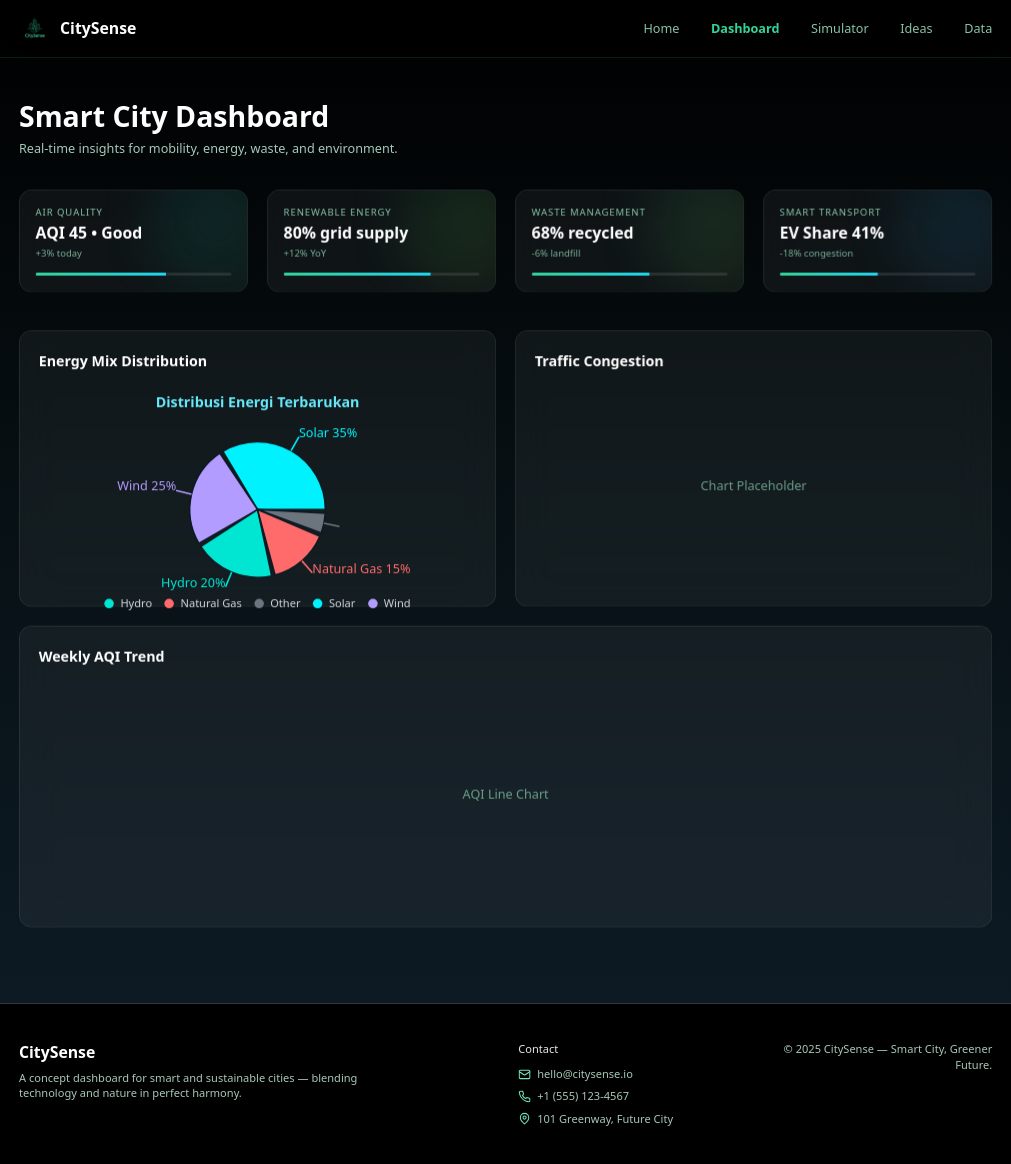
Repository: crashyet/CitySense
Page: /dashboard
These files come from the project's save history. The page is drawn as it stood at one moment and after the next save; the edit follows.
The browser window is 1280 px wide. The pictures show the whole page, at 79% of full size.
The project was rebuilt for these pictures with package versions that can differ from the ones it lists, and the page was loaded fresh each time. Also part of the build but not shown: vite.config.js, src/pages/landing/Hero.jsx, src/pages/landing/DashboardPreview.jsx, src/pages/landing/Infographic.jsx, src/pages/landing/Community.jsx, src/pages/landing/index.jsx, src/pages/Simulator/index.jsx, src/pages/Ideas/index.jsx and 1 more.

Above is the page before, as saved 2025-11-16 23:31:51.

### src/App.jsx
import { Routes, Route } from "react-router-dom";

import Landing from "./pages/landing";
import Dashboard from "./pages/Dashboardpack";
import Simulator from "./pages/Simulator";
import Ideas from "./pages/Ideas";
import DataPage from "./pages/Data";

export default function App() {
  return (
    <Routes>
      <Route path="/" element={<Landing />} />
      <Route path="/dashboard" element={<Dashboard />} />
      <Route path="/simulator" element={<Simulator />} />
      <Route path="/ideas" element={<Ideas />} />
      <Route path="/data" element={<DataPage />} />
    </Routes>
  );
}

### src/pages/Dashboardpack/index.jsx
import Navbar from "../../components/Navbar";
import Footer from "../../components/Footer";
import EnergyPieChart from "../../components/EnergyPieChart";

export default function Dashboardpack() {
  return (
    <>
      <Navbar />

      <div className="relative w-full bg-gradient-to-b from-black via-[#071014] to-[#0d1a24] text-white pb-24 pt-32">
        <div className="mx-auto max-w-7xl px-6">

          {/* Header */}
          <div className="mb-10">
            <h1 className="text-3xl md:text-4xl font-semibold">Smart City Dashboard</h1>
            <p className="text-emerald-100/80 mt-2">
              Real-time insights for mobility, energy, waste, and environment.
            </p>
          </div>

          {/* Top Stats */}
          <div className="grid grid-cols-1 md:grid-cols-2 lg:grid-cols-4 gap-6 mb-12">

            {/* CARD 1 */}
            <div className="group relative overflow-hidden rounded-2xl border border-white/10 bg-white/5 p-5 backdrop-blur-xl transition hover:border-emerald-300/40">
              <div className="absolute -right-10 -top-10 h-40 w-40 rounded-full bg-gradient-to-br
              from-cyan-500/30 to-emerald-500/30 opacity-40 blur-2xl" />

              <div className="relative">
                <p className="text-xs uppercase tracking-widest text-emerald-200/80">Air Quality</p>
                <p className="mt-1 text-xl font-semibold">AQI 45 • Good</p>
                <p className="text-xs text-emerald-200/70 mt-1">+3% today</p>
                <div className="mt-4 h-1 w-full bg-white/10 rounded-full overflow-hidden">
                  <div className="h-full w-2/3 bg-gradient-to-r from-emerald-400 to-cyan-400"></div>
                </div>
              </div>
            </div>

            {/* CARD 2 */}
            <div className="group relative overflow-hidden rounded-2xl border border-white/10 bg-white/5 p-5 backdrop-blur-xl transition hover:border-emerald-300/40">
              <div className="absolute -right-10 -top-10 h-40 w-40 rounded-full bg-gradient-to-br
              from-emerald-500/30 to-lime-400/30 opacity-40 blur-2xl" />

              <div className="relative">
                <p className="text-xs uppercase tracking-widest text-emerald-200/80">Renewable Energy</p>
                <p className="mt-1 text-xl font-semibold">80% grid supply</p>
                <p className="text-xs text-emerald-200/70 mt-1">+12% YoY</p>
                <div className="mt-4 h-1 w-full bg-white/10 rounded-full overflow-hidden">
                  <div className="h-full w-3/4 bg-gradient-to-r from-emerald-400 to-cyan-400"></div>
                </div>
              </div>
            </div>

            {/* CARD 3 */}
            <div className="group relative overflow-hidden rounded-2xl border border-white/10 bg-white/5 p-5 backdrop-blur-xl transition hover:border-emerald-300/40">
              <div className="absolute -right-10 -top-10 h-40 w-40 rounded-full bg-gradient-to-br
              from-teal-400/30 to-lime-400/30 opacity-40 blur-2xl" />

              <div className="relative">
                <p className="text-xs uppercase tracking-widest text-emerald-200/80">Waste Management</p>
                <p className="mt-1 text-xl font-semibold">68% recycled</p>
                <p className="text-xs text-emerald-200/70 mt-1">-6% landfill</p>
                <div className="mt-4 h-1 w-full bg-white/10 rounded-full overflow-hidden">
                  <div className="h-full w-3/5 bg-gradient-to-r from-emerald-400 to-cyan-400"></div>
                </div>
              </div>
            </div>

            {/* CARD 4 */}
            <div className="group relative overflow-hidden rounded-2xl border border-white/10 bg-white/5 p-5 backdrop-blur-xl transition hover:border-emerald-300/40">
              <div className="absolute -right-10 -top-10 h-40 w-40 rounded-full bg-gradient-to-br
              from-cyan-500/30 to-blue-500/30 opacity-40 blur-2xl" />

              <div className="relative">
                <p className="text-xs uppercase tracking-widest text-emerald-200/80">Smart Transport</p>
                <p className="mt-1 text-xl font-semibold">EV Share 41%</p>
                <p className="text-xs text-emerald-200/70 mt-1">-18% congestion</p>
                <div className="mt-4 h-1 w-full bg-white/10 rounded-full overflow-hidden">
                  <div className="h-full w-1/2 bg-gradient-to-r from-emerald-400 to-cyan-400"></div>
                </div>
              </div>
            </div>
          </div>

          {/* 2 Column Charts */}
          <div className="grid grid-cols-1 md:grid-cols-2 gap-6">

            {/* ENERGY DISTRIBUTION */}
            <div className="rounded-2xl border border-white/10 bg-white/5 p-6 backdrop-blur-xl md:col-span-1">
              <h3 className="text-lg font-semibold mb-4">Energy Mix Distribution</h3>

              <div className="h-64">
                <EnergyPieChart />
              </div>
            </div>

            {/* TRAFFIC */}
            <div className="rounded-2xl border border-white/10 bg-white/5 p-6 backdrop-blur-xl">
              <h3 className="text-lg font-semibold mb-4">Traffic Congestion</h3>
              <div className="h-64 flex items-center justify-center text-emerald-200/60">
                Chart Placeholder
              </div>
            </div>

            {/* WEEKLY AQI */}
            <div className="rounded-2xl border border-white/10 bg-white/5 p-6 backdrop-blur-xl md:col-span-2">
              <h3 className="text-lg font-semibold mb-4">Weekly AQI Trend</h3>
              <div className="h-72 flex items-center justify-center text-emerald-200/60">
                AQI Line Chart
              </div>
            </div>

          </div>
        </div>
      </div>

      <Footer />
    </>
  );
}

### src/components/Navbar.jsx
import { NavLink } from "react-router-dom";
import { useState } from "react";
import Logo from "../assets/logo.png"; // sesuaikan path logo

export default function Navbar() {
  const [open, setOpen] = useState(false);

  const linkClass = ({ isActive }) =>
    isActive
      ? "text-emerald-400 font-semibold"
      : "text-emerald-200/80 hover:text-white";

  return (
    <header className="fixed w-full z-50 bg-black/40 backdrop-blur-xl border-b border-emerald-400/20 px-6 py-4">
      <div className="max-w-7xl mx-auto flex justify-between items-center">

        {/* LOGO */}
        <NavLink to="/" className="flex items-center gap-3">
          <img src={Logo} className="w-10 h-10" />
          <span className="text-xl text-white font-semibold">CitySense</span>
        </NavLink>

        {/* DESKTOP NAV */}
        <nav className="hidden md:flex gap-10">
          <NavLink to="/" className={linkClass}>Home</NavLink>
          <NavLink to="/dashboard" className={linkClass}>Dashboard</NavLink>
          <NavLink to="/simulator" className={linkClass}>Simulator</NavLink>
          <NavLink to="/ideas" className={linkClass}>Ideas</NavLink>
          <NavLink to="/data" className={linkClass}>Data</NavLink>
        </nav>

        {/* MOBILE BUTTON */}
        <button className="md:hidden text-white" onClick={() => setOpen(!open)}>
          {open ? "✖" : "☰"}
        </button>
      </div>

      {/* MOBILE NAV */}
      {open && (
        <div className="md:hidden bg-black/60 backdrop-blur-lg px-6 pb-4 flex flex-col gap-3">
          <NavLink onClick={() => setOpen(false)} to="/" className="text-white">Home</NavLink>
          <NavLink onClick={() => setOpen(false)} to="/dashboard" className="text-white">Dashboard</NavLink>
          <NavLink onClick={() => setOpen(false)} to="/simulator" className="text-white">Simulator</NavLink>
          <NavLink onClick={() => setOpen(false)} to="/ideas" className="text-white">Ideas</NavLink>
          <NavLink onClick={() => setOpen(false)} to="/data" className="text-white">Data</NavLink>
        </div>
      )}
    </header>
  );
}

### src/components/Footer.jsx
import React from "react";

const Footer = () => {
  return (
    <footer id="contact" className="relative w-full bg-black text-white">
      <div className="mx-auto max-w-7xl px-6 py-12">

        <div className="grid grid-cols-1 gap-8 md:grid-cols-4">

          {/* Brand */}
          <div className="col-span-2">
            <h4 className="text-xl font-semibold">CitySense</h4>
            <p className="mt-2 max-w-md text-sm text-emerald-100/80">
              A concept dashboard for smart and sustainable cities — blending
              technology and nature in perfect harmony.
            </p>
          </div>

          {/* Contact */}
          <div>
            <p className="text-sm font-medium text-white/90">Contact</p>
            <ul className="mt-3 space-y-2 text-sm text-emerald-100/80">

              <li className="flex items-center gap-2">
                <svg xmlns="http://www.w3.org/2000/svg" width="24" height="24"
                  viewBox="0 0 24 24" fill="none" stroke="currentColor"
                  strokeWidth="2" strokeLinecap="round" strokeLinejoin="round"
                  className="lucide lucide-mail h-4 w-4 text-emerald-300">
                  <rect width="20" height="16" x="2" y="4" rx="2"></rect>
                  <path d="m22 7-8.97 5.7a1.94 1.94 0 0 1-2.06
                    0L2 7"></path>
                </svg>
                hello@citysense.io
              </li>

              <li className="flex items-center gap-2">
                <svg xmlns="http://www.w3.org/2000/svg" width="24" height="24"
                  viewBox="0 0 24 24" fill="none" stroke="currentColor"
                  strokeWidth="2" strokeLinecap="round" strokeLinejoin="round"
                  className="lucide lucide-phone h-4 w-4 text-emerald-300">
                  <path d="M22 16.92v3a2 2 0 0 1-2.18
                    2 19.79 19.79 0 0 1-8.63-3.07 19.5
                    19.5 0 0 1-6-6 19.79 19.79 0 0
                    1-3.07-8.67A2 2 0 0 1 4.11 2h3a2
                    2 0 0 1 2 1.72 12.84 12.84 0 0
                    0 .7 2.81 2 2 0 0 1-.45
                    2.11L8.09 9.91a16 16 0 0 0 6
                    6l1.27-1.27a2 2 0 0 1 2.11-.45
                    12.84 12.84 0 0 0 2.81.7A2
                    2 0 0 1 22 16.92z"></path>
                </svg>
                +1 (555) 123-4567
              </li>

              <li className="flex items-center gap-2">
                <svg xmlns="http://www.w3.org/2000/svg" width="24" height="24"
                  viewBox="0 0 24 24" fill="none" stroke="currentColor"
                  strokeWidth="2" strokeLinecap="round" strokeLinejoin="round"
                  className="lucide lucide-map-pin h-4 w-4 text-emerald-300">
                  <path d="M20 10c0 6-8 12-8
                    12s-8-6-8-12a8 8 0 0 1
                    16 0Z"></path>
                  <circle cx="12" cy="10" r="3"></circle>
                </svg>
                101 Greenway, Future City
              </li>

            </ul>
          </div>

          {/* Copyright */}
          <div className="md:text-right">
            <p className="text-sm text-emerald-100/80">
              © 2025 CitySense — Smart City, Greener Future.
            </p>
          </div>

        </div>
      </div>
    </footer>
  );
};

export default Footer;

### src/components/EnergyPieChart.jsx
import { PieChart, Pie, Cell, Tooltip, ResponsiveContainer, Legend } from "recharts";

const data = [
  { name: "Solar", value: 35, color: "#00f2fe" },
  { name: "Wind", value: 25, color: "#b29cff" },
  { name: "Hydro", value: 20, color: "#00e6d2" },
  { name: "Natural Gas", value: 15, color: "#ff6b6b" },
  { name: "Other", value: 5, color: "#6c757d" },
];

export default function EnergyPieChart() {
  return (
    <div className="w-full h-[300px] flex flex-col items-center justify-center">
      <h3 className="text-lg font-semibold text-cyan-300 mb-4">
        Distribusi Energi Terbarukan
      </h3>

      <div className="w-full h-[240px]">
        <ResponsiveContainer width="100%" height="100%">
          <PieChart>
            <Pie
              data={data}
              dataKey="value"
              nameKey="name"
              cx="50%"
              cy="50%"
              innerRadius={0}
              outerRadius="85%"
              paddingAngle={3} // Jarak antar sektor sedikit lebih besar untuk pemisahan visual
              // Garis batas antar sektor
              stroke="#0d1a24" // Warna gelap untuk garis batas, sesuai tema modern
              strokeWidth={2}   // Ketebalan garis untuk pemisahan yang jelas
              label={({ name, percent }) => {
                const formattedPercent = (percent * 100).toFixed(0);
                return formattedPercent > 8 ? `${name}\n${formattedPercent}%` : null;
              }}
              labelLine={true}
              labelStyle={{ fill: '#e2e8f0', fontSize: 12, fontWeight: 'bold' }}
            >
              {data.map((entry, index) => (
                <Cell
                  key={`cell-${index}`}
                  fill={entry.color}
                  // Stroke di sini akan menimpa stroke global di Pie jika didefinisikan
                  // Kita biarkan kosong agar mengikuti stroke global di Pie untuk konsistensi
                />
              ))}
            </Pie>

            <Tooltip
              contentStyle={{
                background: "rgba(15, 23, 42, 0.9)",
                border: "1px solid rgba(56, 189, 248, 0.3)",
                backdropFilter: "blur(8px)",
                color: "#e2e8f0",
                borderRadius: "8px",
                padding: "10px",
                fontSize: "13px",
                boxShadow: "0 4px 12px rgba(0,0,0,0.2)",
              }}
              itemStyle={{ color: "#00f2fe" }}
              formatter={(value) => [`${value}%`, 'Energi']}
              labelStyle={{ color: "#b29cff", fontWeight: 'bold' }}
            />

            <Legend
              layout="horizontal"
              verticalAlign="bottom"
              align="center"
              content={(props) => {
                const { payload } = props;
                return (
                  <ul className="flex flex-wrap justify-center gap-4 mt-2">
                    {payload.map((entry, index) => (
                      <li key={`item-${index}`} className="flex items-center">
                        <span
                          className="w-3 h-3 rounded-full mr-2"
                          style={{ backgroundColor: entry.color }}
                        ></span>
                        <span className="text-gray-300 text-sm">{entry.value}</span>
                      </li>
                    ))}
                  </ul>
                );
              }}
            />
          </PieChart>
        </ResponsiveContainer>
      </div>
    </div>
  );
}

Loaded but not shown: index.html (common file); src/main.jsx (common file); src/index.css (common file); tailwind.config.js (common file)

After the next save:
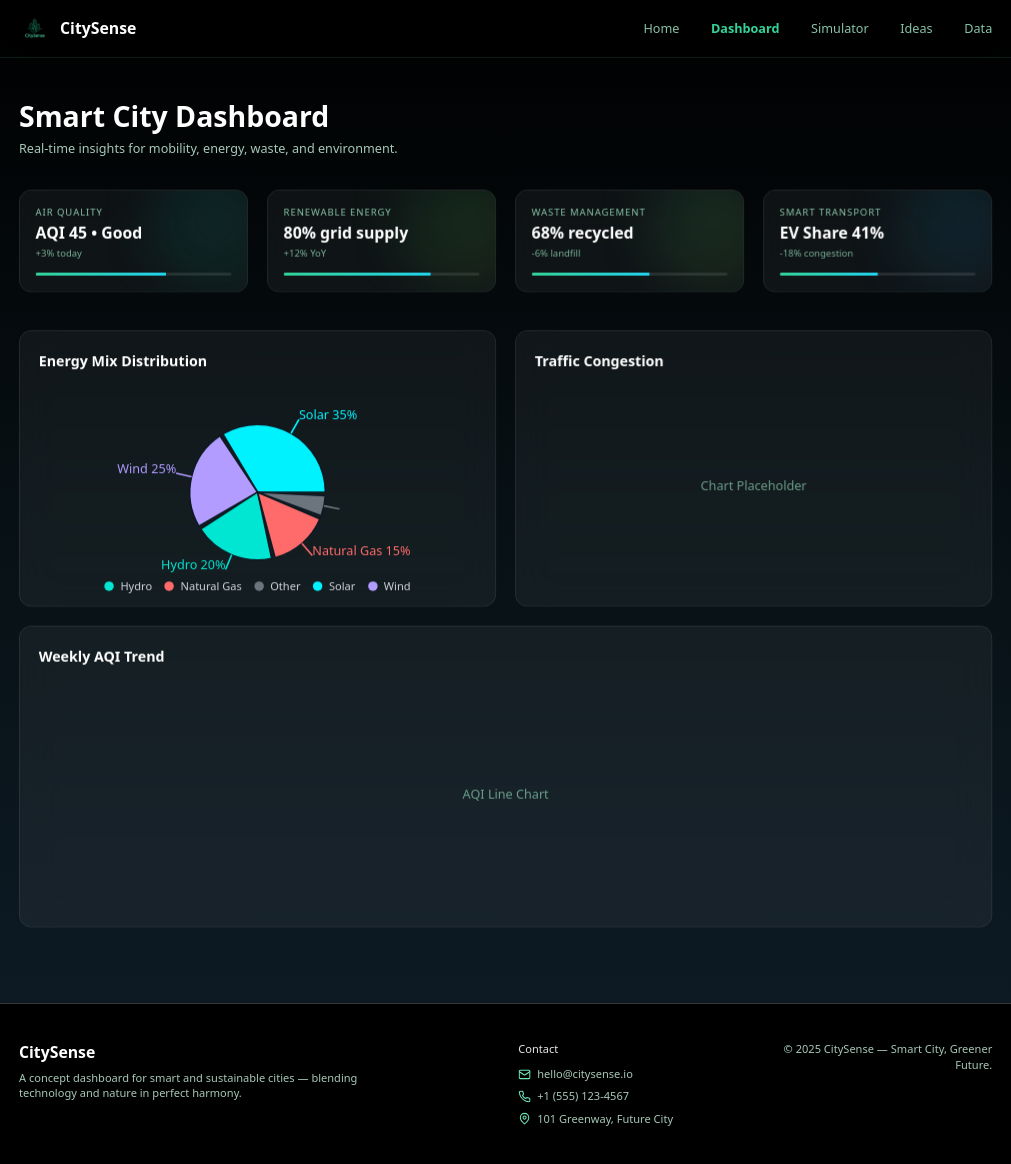
Saved 3 h 31 min later.
--- a/src/components/EnergyPieChart.jsx
+++ b/src/components/EnergyPieChart.jsx
@@ -11,9 +11,9 @@ const data = [
 export default function EnergyPieChart() {
   return (
     <div className="w-full h-[300px] flex flex-col items-center justify-center">
-      <h3 className="text-lg font-semibold text-cyan-300 mb-4">
+      {/* <h3 className="text-lg font-semibold text-cyan-300 mb-4">
         Distribusi Energi Terbarukan
-      </h3>
+      </h3> */}
 
       <div className="w-full h-[240px]">
         <ResponsiveContainer width="100%" height="100%">
